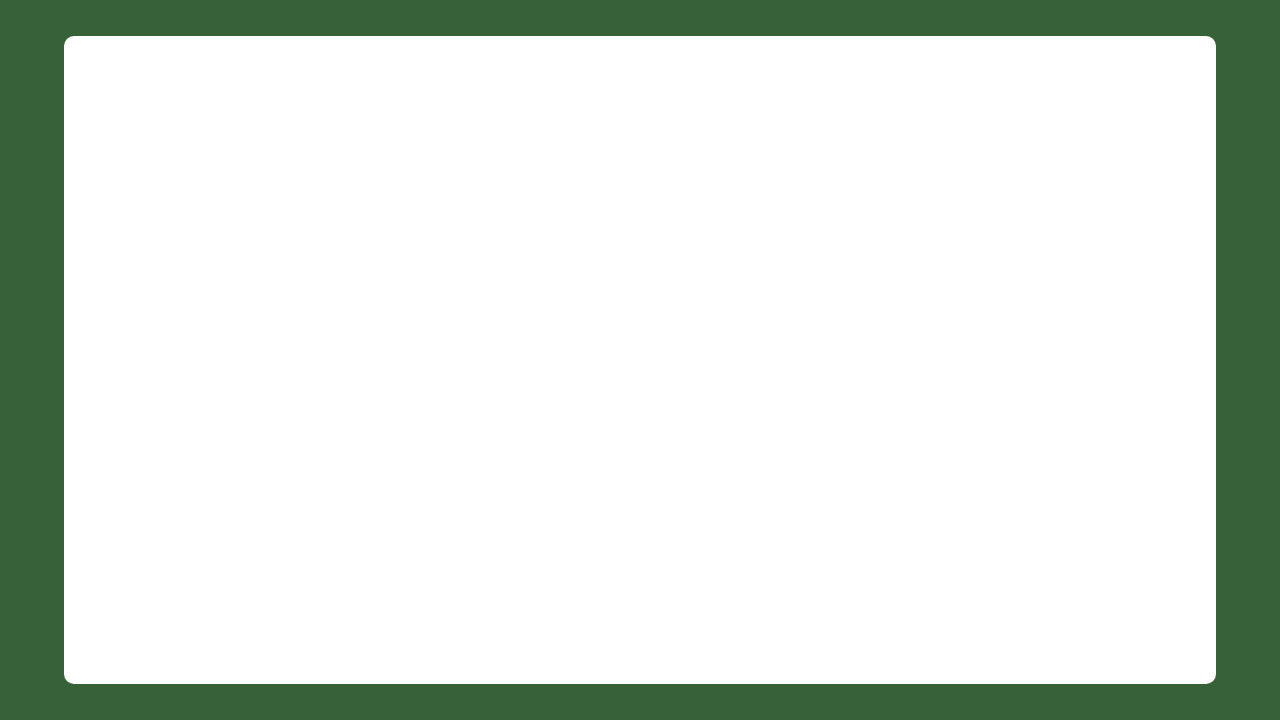
Repository: ketansharma22/BubbleGame
Page: index.html
These files come from the project's save history. The page is drawn as it stood at one moment and after a run of saves; the edit follows.
The browser window is 1280 px wide. The pictures show the whole page.

Above is the page before, as saved 2024-02-18 22:47:06.

After the next 3 saves:
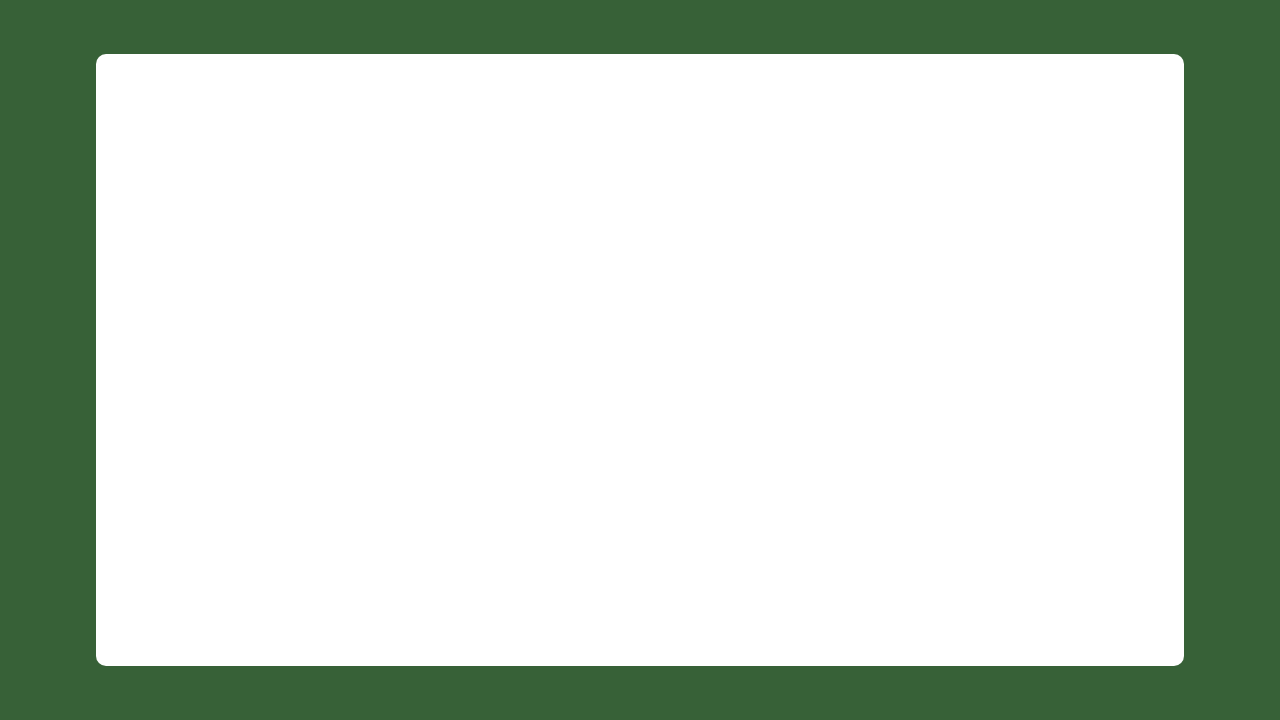
The 3 saves are shown as one change because they came seconds apart.
The last was saved 14 s later.
--- a/styles.css
+++ b/styles.css
@@ -16,8 +16,8 @@
     background-color: rgb(55, 97, 55);
 }
 .show{
-    width: 90%;
-    height: 90%;
+    width: 85%;
+    height: 85%;
     background-color: #fff;
     border-radius: 10px;
 }
